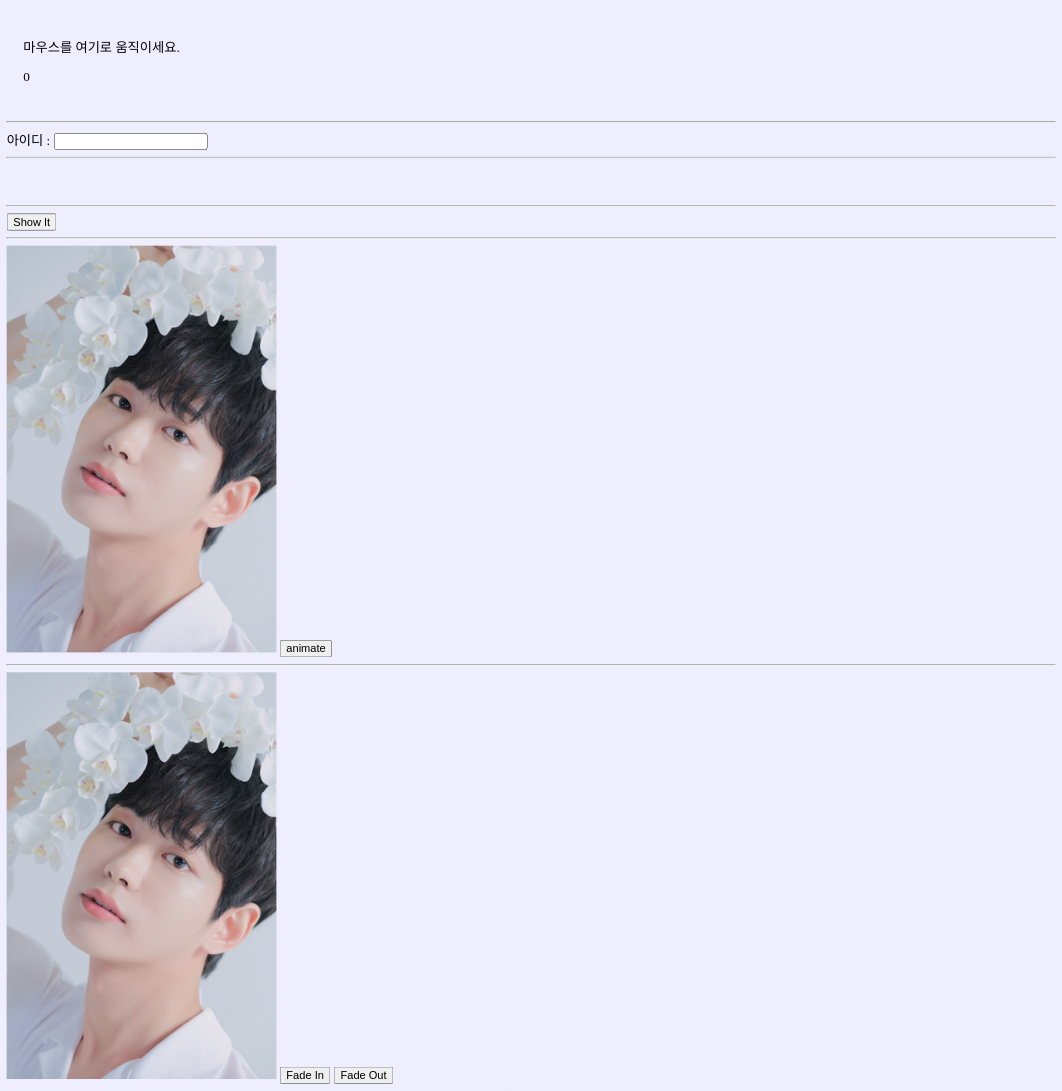
Repository: gpqls12321/public
Page: javascript_jquery/WebContent/jQuery_ex02.html
These files come from the project's save history. The page is drawn as it stood at one moment and after the next save; the edit follows.
The browser window is 1280 px wide. The pictures show the whole page, at 83% of full size.

Above is the page before, as saved 2021-04-15 02:46:32.

### javascript_jquery/WebContent/jQuery_ex02.html
<!DOCTYPE html>
<html>
<head>
<meta charset="UTF-8">
<title>Insert title here</title>
<style type="text/css">
	body {
		background-color: #eef;
	}

	div {
		padding: 20px;
	}
</style>
<script type="text/javascript" src="js/jQuery3.x/jquery-3.6.0.js"></script>
<script type="text/javascript">

	$(document).ready(function() {
		var i = 0;

		$("div.out").mouseover(function() {
			$("p:first", this).text("mouse over");
			$("p:last", this).text(++i); // text()안에 메서드, 문자열, 산수 가능
		});

		$("input").focus(function() {
			$(this).css("background-color", "yellow");
		});

		$("input").blur(function() {
			$(this).css("background-color", "#fff"); //아이디 중복체크할 때 사용. 다른 곳으로 이동하면 "사용가능한 아이디입니다." 이런식으로 뜨게
		});

		$(document).mouseover(function(e) { // function(e) : 콜백함수
			$("#log").text("e.pageX: " + e.pageX + ", e.pageY : " + e.pageY);
		});

		/* $("button").click(function() {
			$("#lee").show("slow");
		}); */

		$("#animate").click(function() {
			$("#ani_lee").animate({
				left : "100px"
			});
		});

		$("#fade-in").click(function() {
			$("#fade_lee").fadeIn(1000);
		});

		$("#fade-out").click(function() {
			$("#fade_lee").fadeOut(400);
		});
	});
</script>
</head>
<body>
	<div class="out">
		<p>마우스를 여기로 움직이세요.</p>
		<p>0</p>
	</div>

	<hr>
	아이디 : <input type="text" name="userid">
	<hr>
	<div id="log"></div>
	<hr>
	<button>Show It</button>
	<img id="lee" alt="이세진" src="images/이세진.jpg" style="display: none;" width="325px;" height="490px;">
	<hr>
	<img id="ani_lee" alt="이세진" src="images/이세진.jpg" style="position: relative;" width="325px;" height="490px;">
	<button id="animate">animate</button>
	<hr>
	<img id="fade_lee" alt="이세진" src="images/이세진.jpg" width="325px;" height="490px;">
	<button id="fade-in">Fade In</button>
	<button id="fade-out">Fade Out</button>
</body>
</html>

Loaded but not shown: javascript_jquery/WebContent/js/jQuery3.x/jquery-3.6.0.js (library)

After the next save:
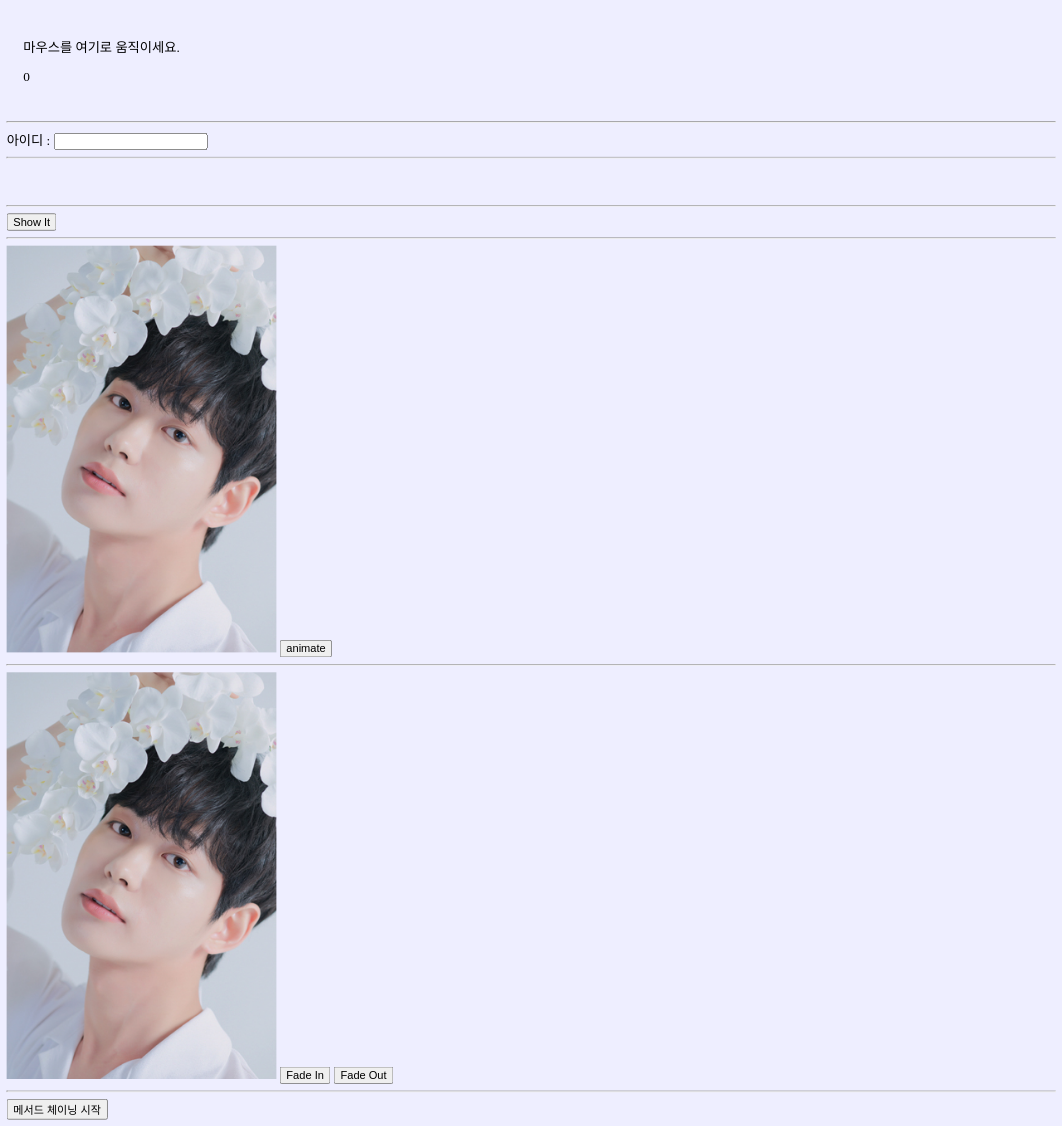
Saved 92 min 45 s later.
--- a/javascript_jquery/WebContent/jQuery_ex02.html
+++ b/javascript_jquery/WebContent/jQuery_ex02.html
@@ -52,6 +52,8 @@
 		$("#fade-out").click(function() {
 			$("#fade_lee").fadeOut(400);
 		});
+
+		//메서드 체이닝
 	});
 </script>
 </head>
@@ -75,5 +77,10 @@
 	<img id="fade_lee" alt="이세진" src="images/이세진.jpg" width="325px;" height="490px;">
 	<button id="fade-in">Fade In</button>
 	<button id="fade-out">Fade Out</button>
+
+	<hr>
+	<button id="chaining">메서드 체이닝 시작</button>
+	<img id="ani_lee" alt="이세진" src="images/이세진.jpg" style="display: none;" width="325px;" height="490px;">
+
 </body>
 </html>
